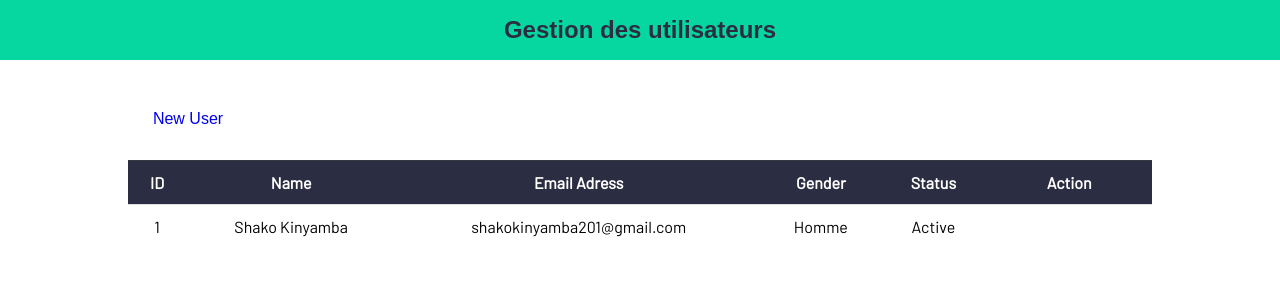
Repository: SKB-TECH/CrudMren
Page: index.html
An editor plug-in stored every save of this project. The page is shown before and after the next save, followed by the edit.
The browser window is 1280 px wide. The pictures show the whole page.
Some web fonts or font styles are not loaded; a fallback is used.

Above is the page before, as saved 2022-10-11 14:43:04.

### index.html
<!DOCTYPE html>
<html lang="en">

<head>
    <meta charset="UTF-8">
    <meta http-equiv="X-UA-Compatible" content="IE=edge">
    <meta name="viewport" content="width=device-width, initial-scale=1.0">

    <link rel="stylesheet" href="./assets/css/style.css">
    <title>CRUD APPLICATION</title>
</head>

<body>
    <!-- Header -->
    <header id="header">
        <nav>
            <div class="container">
                <div class="text-center">
                    <a href="/" class="nav-brand text-dark">Gestion des utilisateurs</a>
                </div>
            </div>
        </nav>
    </header>
    <!-- /Header -->
    <!-- Main  -->
    <main id="site-main">
        <div class="container">
            <div class="box-nav d-flex-justify=between ">
                <a href="/add-user" class="border-shadow">
                    <span class="text-gradient"><i class="fas fa-user"></i> &nbsp; New User</span>
                </a>
            </div>


            <!-- Form handling -->
            <form action="/" method="POST">
                <table class="table">
                    <thead class="thead-dark">
                        <tr>
                            <th>ID</th>
                            <th>Name</th>
                            <th>Email Adress</th>
                            <th>Gender</th>
                            <th>Status</th>
                            <th>Action</th>
                        </tr>
                    <tbody>
                        <tr>
                            <td>1</td>
                            <td>Shako Kinyamba</td>
                            <td>shakokinyamba201@gmail.com</td>
                            <td>Homme</td>
                            <td>Active</td>
                            <td>
                                <a href="#" class="btn border-shadow update">
                                    <span class="text-gradient">
                                        <i class="fas fa-pencil-alt"></i>
                                    </span>
                                </a>

                                <a href="#" class="btn border-shadow delete">
                                    <span class="text-gradient">
                                        <i class="fas fa-times"></i>
                                    </span>
                                </a>
                            </td>
                        </tr>
                    </tbody>
                    </thead>
                </table>
            </form>
            <!-- /Form handling -->
        </div>
    </main>
    <!-- /Main -->
</body>

</html>

### assets/css/style.css
@import url('https://fonts.googleapis.com/css2?family=Barlow&family=PT+Sans&display=swap');

/* font-family: 'Barlow', sans-serif;
font-family: 'PT Sans', sans-serif; */

:root {
    --dark: #2b2d42;
    --light: #adb5bd;
    --border: #dee2e6;
    --border-btn: #edf2f4
}

* {
    padding: 0;
    margin: 0;
    box-sizing: border-box;
}

a {
    text-decoration: none;
    font-family: 'PT Sans', sans-serif;
}

.container {
    max-width: 1024px;
    margin: auto;
}

.nav-brand {
    font-size: 1.5em;
    font-weight: bold;
}

.d-flex {
    display: flex;
    flex-wrap: wrap;
}

.justify-between {
    justify-content: space-between;
}

.text-center {
    text-align: center;
}

.border-btn {
    border: 1px solid var(--border-btn);
    box-shadow: 1px 3px 10px #e9ecef;
}

.text-dark {
    color: var(--dark);
}

.inline {
    display: inline-block;
}

.text-light {
    color: var(--light)
}

#header nav {
    background-color: #06d6a0;
    padding: 1em 0;
    width: 100%;
}

#site-main {
    margin-top: 3em;
    font-family: 'Barlow', 'Sans-serif';
}

#site-main .container .box-nav>a {
    font-size: 1em;
    padding: 5em 1em;
}

#site-main .container form {
    margin: 2em 0;
}

table {
    border-spacing: 0px;
    width: 100%;
}

.table td,
.table th {
    padding: .75em;
    vertical-align: top;
    text-align: center;
    border-top: 1px solid var(--border);
}

.table td>a.btn {
    padding: 3em 1em;
    font-size: 1.1em;
    margin: 0.2em;
}

.table tr:hover {
    background-color: var(--border);
}

.table td:hover td>a {
    box-shadow: none;
}

.table .thead-dark th {
    color: #fff;
    background-color: var(--dark);
    border-color: #32383e;
}

.form-title {
    margin-top: 2em;
}

.form-title>h2 {
    padding: .5em 0;
}

.new_user {
    max-width: 786px;
    margin: auto;
}

#update_user .form-group,
#add_user .form-group {
    margin: .4em 0;
}

#update_user .form-group input[type="text"],
#add_user .form-group input[type="text"] {
    width: 100%;
    padding: .6em 1em;
    margin: .5em 0;
    border: 1px solid var(--border);
    font-size: 1em;
    font-family: 'Barlow', sans-serif;
    border-radius: .6em;
}

#update_user .form-group .radio,
#add_user .form-group .radio {
    margin: 1em 2em;
}

.radio input[text='radio']+.radio-label:before {
    content: "";
    background: var(--border-btn);
    border-radius: 100%;
    border: 1px solid var(--border);
    display: inline-block;
    width: 1em;
    height: 1em;
    position: relative;
    top: -0em;
    margin-right: .5em;
    vertical-align: top;
    cursor: pointer;
    text-align: center;
    -webkit-transform: all 250ms ease;
    transition: all 250ms ease;
}

.radio input[text='radio']:checked+.radio-label:before {
    background-color: #16db93;
    box-shadow: inset 0 0 0 4px #e9ecef;
}

.radio input[text='radio']:focus+.radio-label:before {
    outline: none;
    border-color: #16db93;
}

#update_user .form-group .btn,
#add_user .form-group .btn {
    width: 100%;
    padding: .7em 1em;
    background-color: #16db93;
    font-family: 'PT Sans', 'Sans serif';
    font-size: 1em;
    cursor: pointer;
    border-radius: .6em;
    margin: .5em 0;
}

#update_user .form-group .btn:hover,
#add_user .form-group .btn:hover {
    background-color: var(--dark);
    color: var(--border)
}

After the next save:
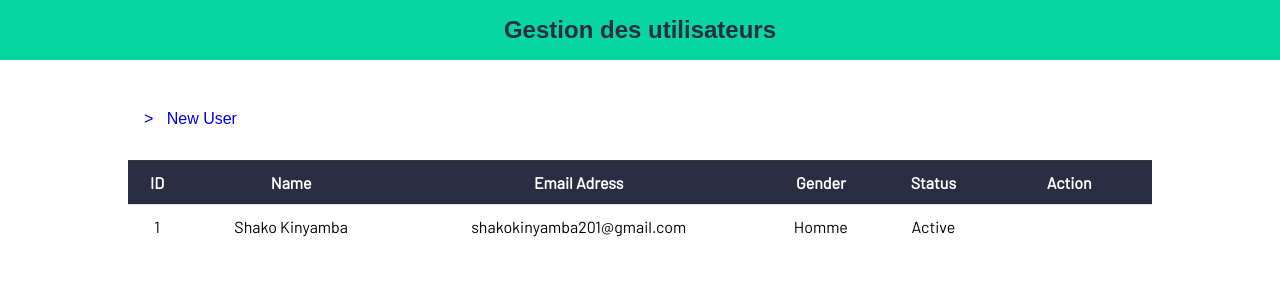
Saved 4 min 19 s later.
--- a/index.html
+++ b/index.html
@@ -26,7 +26,7 @@
     <main id="site-main">
         <div class="container">
             <div class="box-nav d-flex-justify=between ">
-                <a href="/add-user" class="border-shadow">
+                <a href="/add-user" class="border-shadow" <i class="fas fa-users-class    "></i>>
                     <span class="text-gradient"><i class="fas fa-user"></i> &nbsp; New User</span>
                 </a>
             </div>
